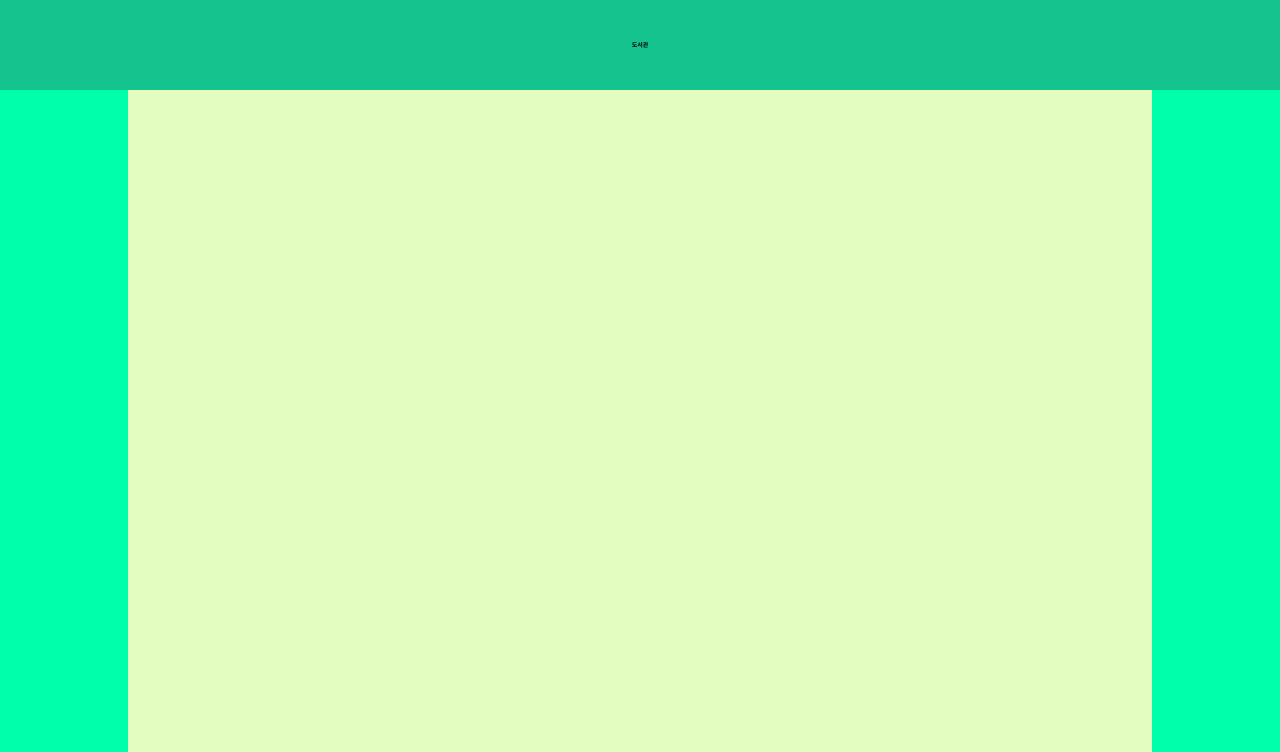
Repository: sojihwan/API_-Multi
Page: / (app in API/)
An editor plug-in stored every save of this project. The page is shown before and after the next save, followed by the edit.
The browser window is 1280 px wide. The pictures show the whole page.
The project was rebuilt for these pictures with package versions that can differ from the ones it lists, and the page was loaded fresh each time. Also part of the build but not shown: API/src/App.css.

Above is the page before, as saved 2022-05-24 16:21:18.

### API/src/App.js
import "./App.css";
import Layout from "./Layout/Layout";

function App() {
  return (
    <div>
      <Layout />
    </div>
  );
}

export default App;

### API/src/Layout/layout.js
import React from "react";
import "./Layout.css";
import Section from "./Section";

function Layout() {
  return (
    <div className="layout">
      <header>도서관</header>
      <main>
        <aside></aside>
        <Section />
        <aside></aside>
      </main>
    </div>
  );
}

export default Layout;

### API/src/Layout/layout.css
@import url('https://fonts.googleapis.com/css2?family=Noto+Sans+KR:wght@100&display=swap');

.layout {
  box-sizing: border-box;
  font-family: 'Noto Sans KR', sans-serif;
}

header {
  top: 0px;
  width: 100%;
  height: 90px;
  line-height: 90px;
  text-align: center;
  background: #14C38E;
  font-size: 30%;
  font-weight: bolder;
}

aside {
  top: 90px;
  background: #00FFAB;
}

main aside:first-child {
  position: absolute;
  left: 0;
  width: 10%;
  height: 91.9%;
}

main {
  display: flex;
  justify-content: center;
  align-items: center;
  min-height: 91.9vh;
  background: #E3FCBF;
}

main aside:last-child {
  position: absolute;
  right: 0;
  width: 10%;
  height: 91.9%;
}

### API/src/Layout/Section.js
import React from "react";
import "../Layout/Section.css";

function Section() {
  return (
    <div className="section">
      <div></div>
    </div>
  );
}

export default Section;

### API/src/Layout/Section.css
.section {
  width: 70%;
  padding: 290px 0;
  text-align: center;
  background: #E3FCBF;
}

Loaded but not shown: API/public/index.html (common file); API/src/index.js (common file); API/src/index.css (common file); API/src/reportWebVitals.js (common file)

After the next save:
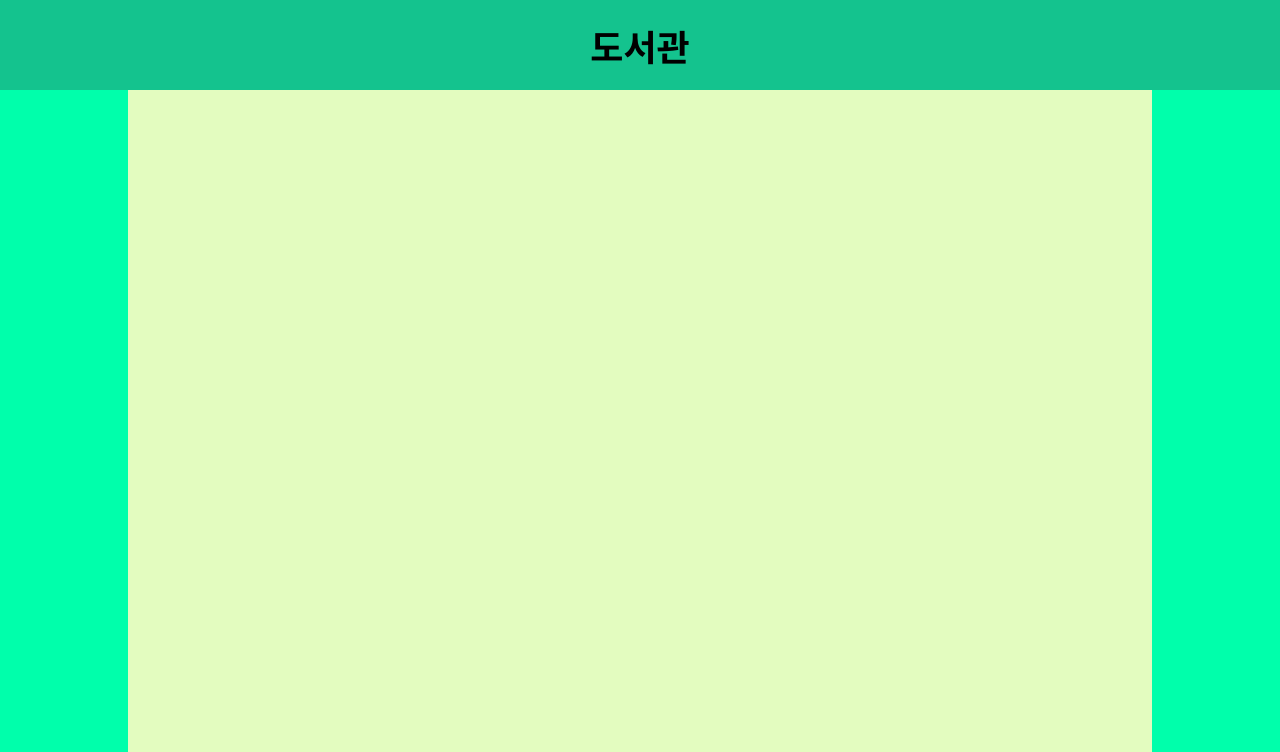
Saved 2 s later.
--- a/API/src/Layout/layout.css
+++ b/API/src/Layout/layout.css
@@ -12,7 +12,7 @@ header {
   line-height: 90px;
   text-align: center;
   background: #14C38E;
-  font-size: 30%;
+  font-size: 36px;
   font-weight: bolder;
 }
 
